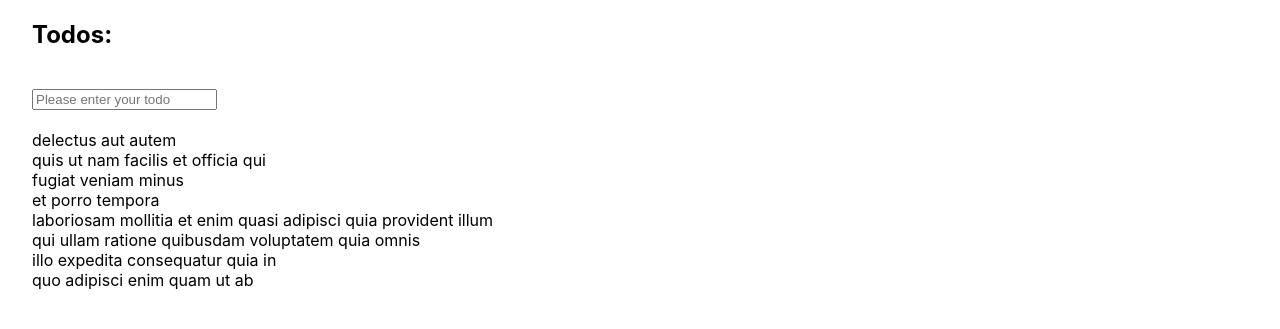
Repository: vhoreho/react
Page: / (app in myapp/)
The author's editor kept a copy of each file at every save. The page is drawn from the files as they stood at one save, then again after a run of saves.
The browser window is 1280 px wide. The pictures show the whole page.
The project was rebuilt for these pictures with package versions that can differ from the ones it lists, and the page was loaded fresh each time.

Above is the page before, as saved 2022-08-08 21:30:57.

After the next 2 saves:
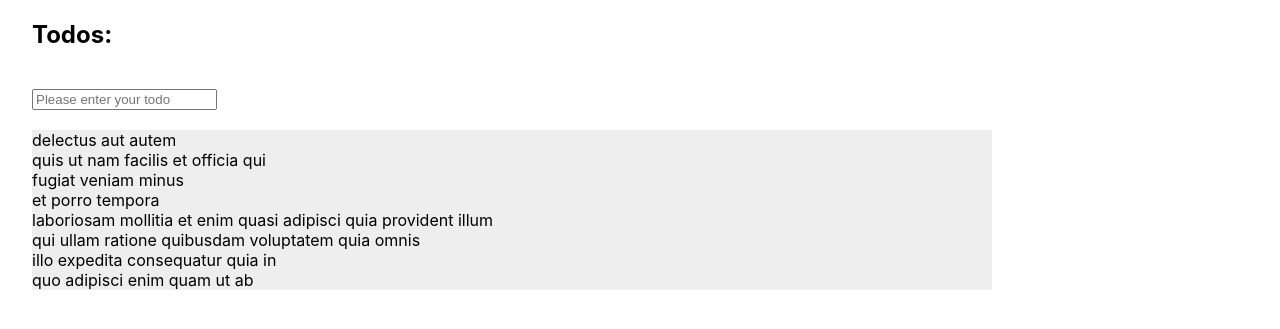
The 2 saves are shown as one change because 1 did not build or start.
The last was saved 41 s later.
--- a/myapp/src/components/TodoItem.js
+++ b/myapp/src/components/TodoItem.js
@@ -3,7 +3,9 @@
 export default function TodoItem(props) {
     const { id, copmpleted, title } = props;
     return (
-        <li>
+        <li style={{
+            background: '#eee'
+        }}>
             {title}
         </li>
     )
